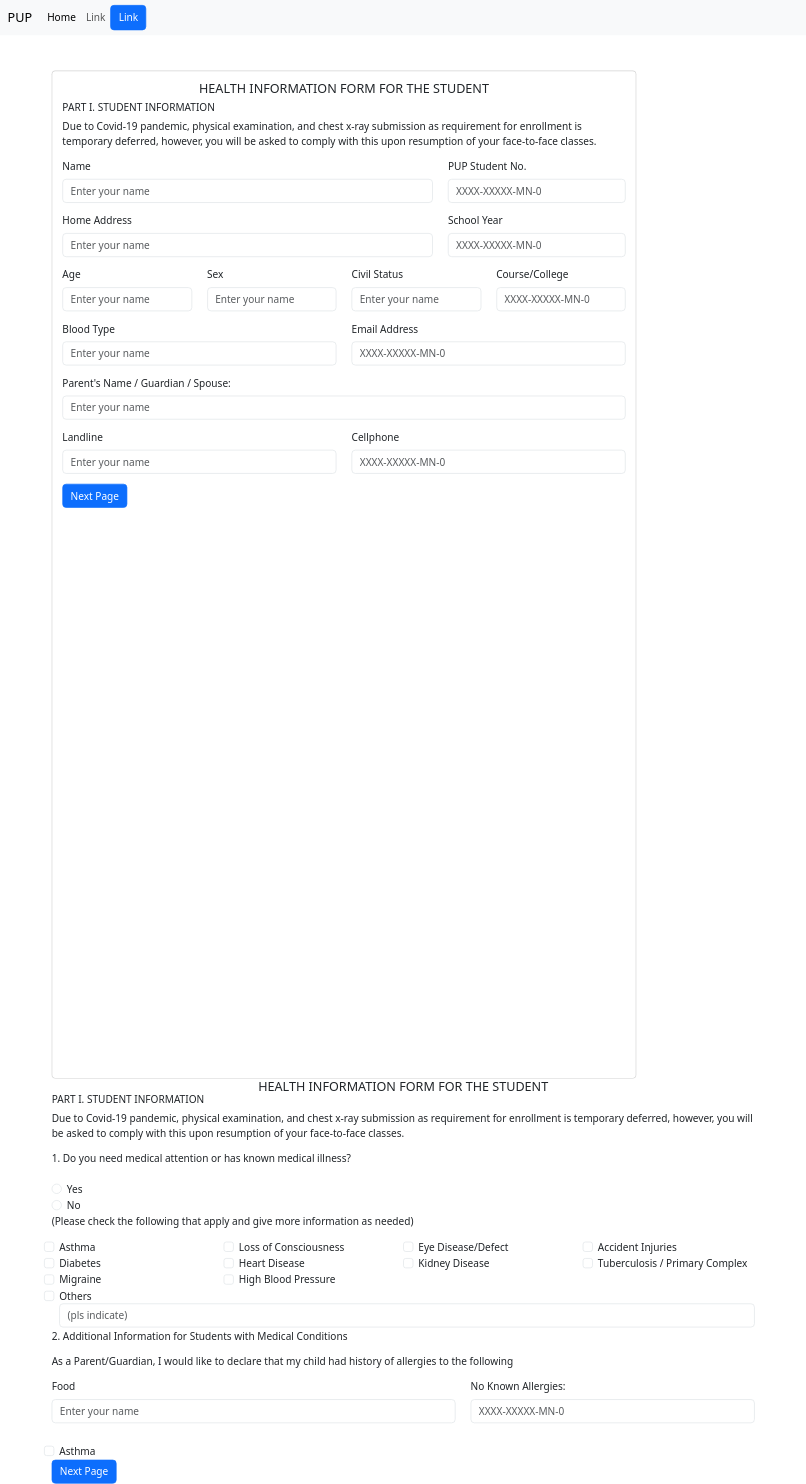
Repository: Nicktacku/webdev
Page: form.html
An editor plug-in stored every save of this project. The page is shown before and after the next save, followed by the edit.
The browser window is 1280 px wide. The pictures show the whole page, at 63% of full size.

Above is the page before, as saved 2024-07-15 19:00:34.

After the next save:
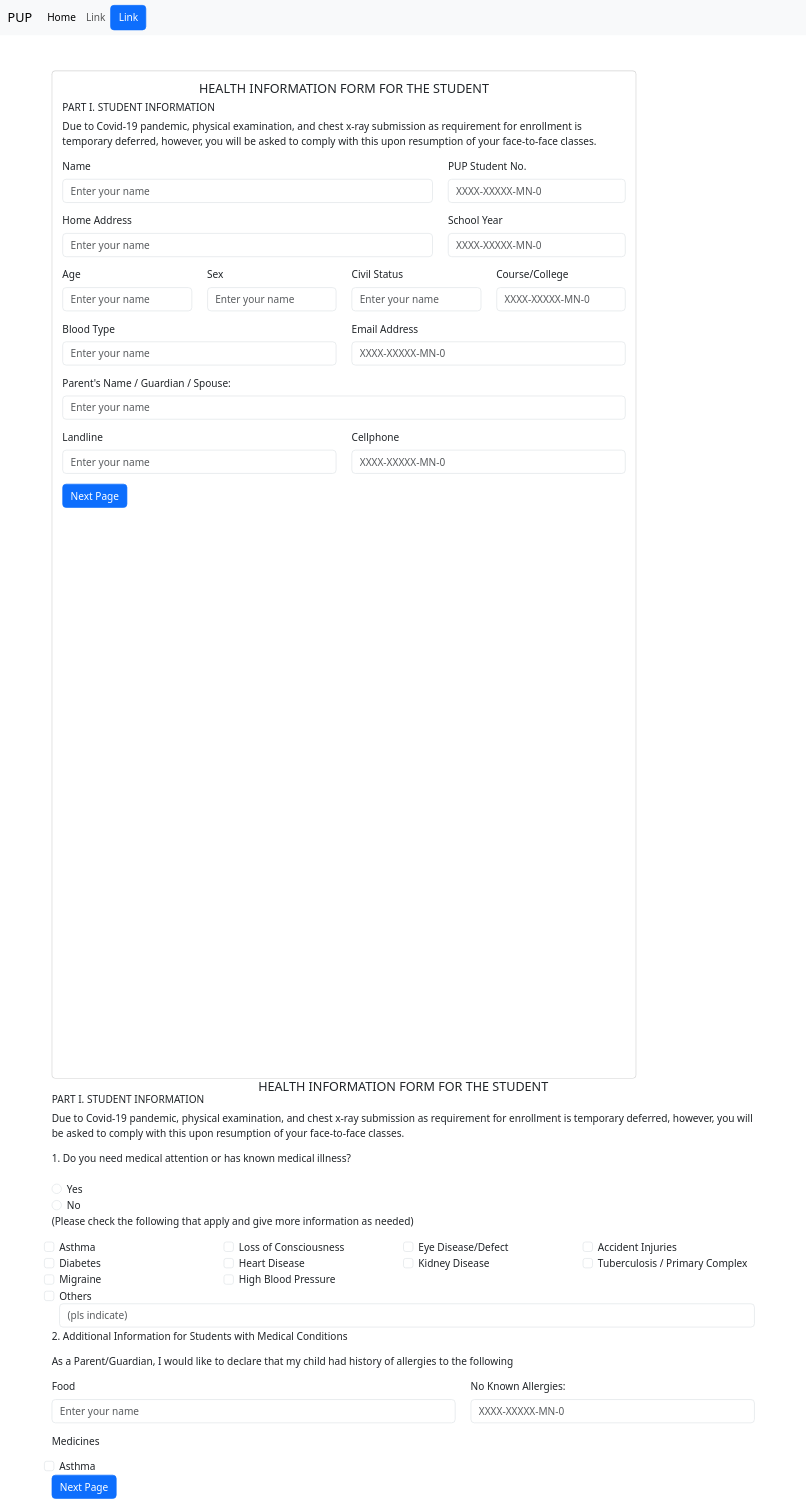
Saved 14 s later.
--- a/form.html
+++ b/form.html
@@ -270,7 +270,7 @@
                           </div>
                     </div>
 
-                        <p class="c0l-12"></p>
+                        <p class="col-12">Medicines</p>
                         <div class="form-check col-3">
                             <input class="form-check-input" type="checkbox" value="" id="flexCheckDefault">
                             <label class="form-check-label" for="flexCheckDefault">
